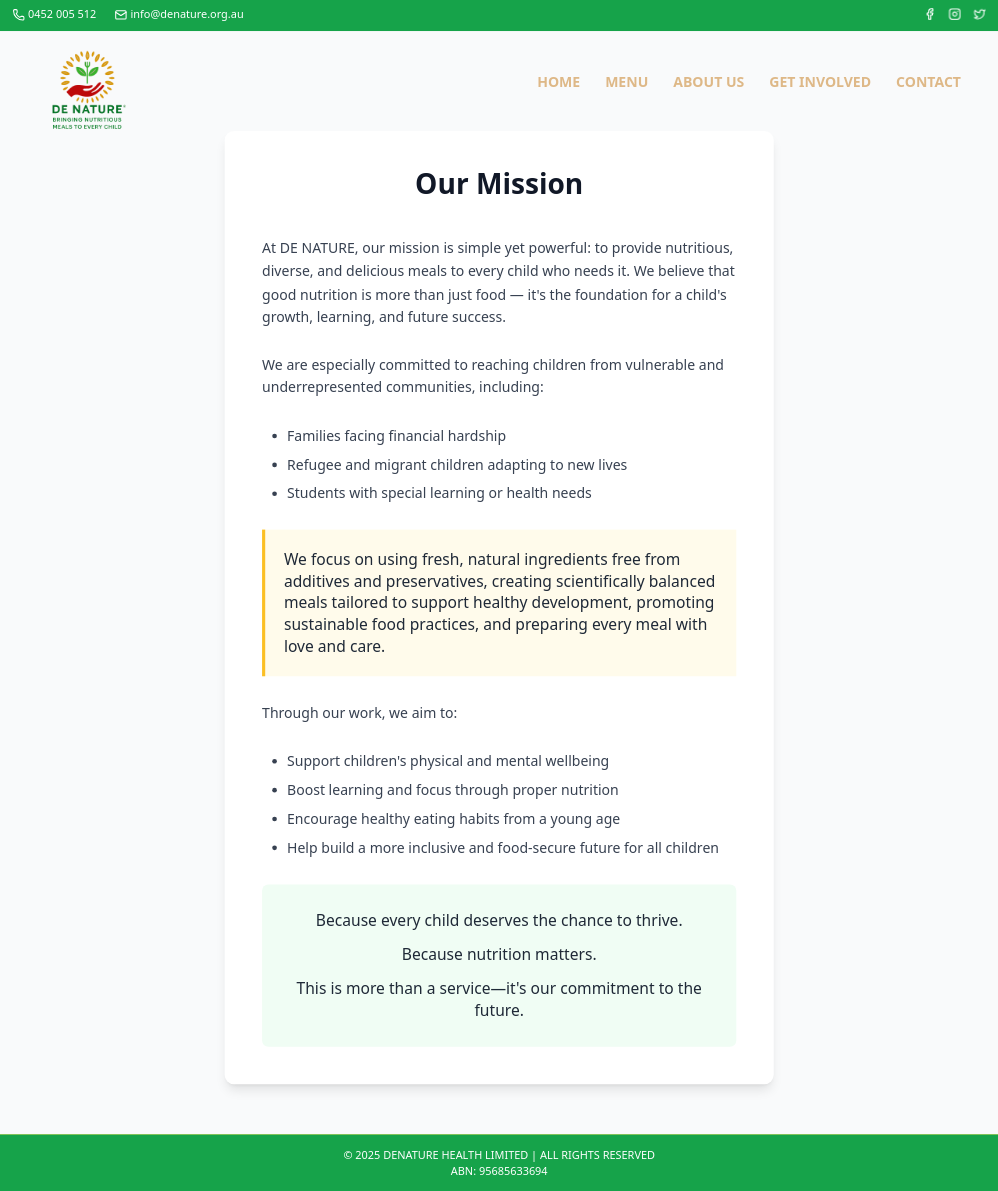
Repository: sunnyyan01/denature-website
Page: /about/our-mission
These files come from the project's save history. The page is drawn as it stood at one moment and after the next save; the edit follows.
The browser window is 1280 px wide. The pictures show the whole page, at 78% of full size.
The project was rebuilt for these pictures with package versions that can differ from the ones it lists, and the page was loaded fresh each time. The framework's server and built-in components were replaced by stand-ins that run in the browser. Also part of the build but not shown: next.config.js.

Above is the page before, as saved 2025-04-21 22:43:47.

After the next save:
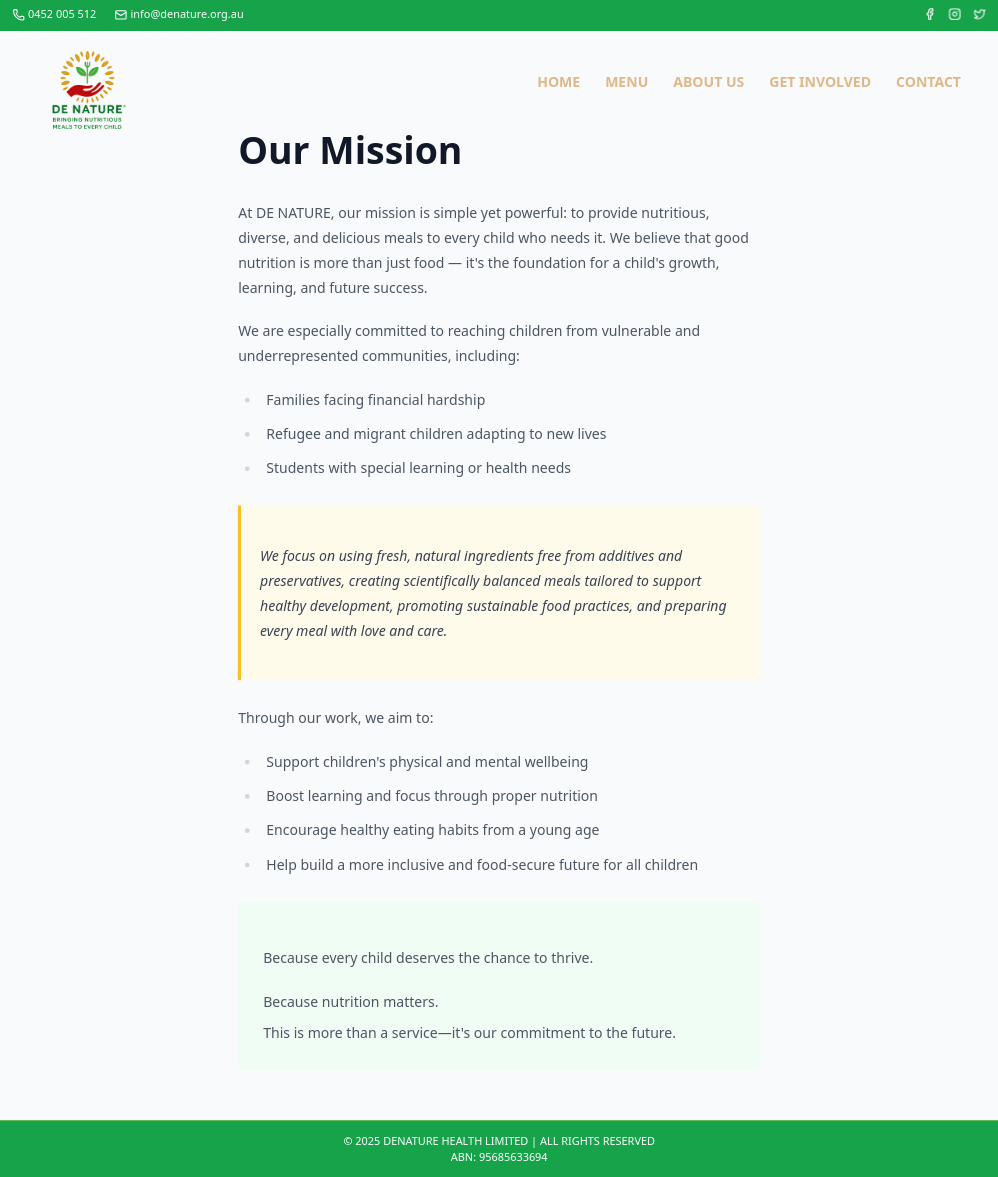
Saved 5 min 11 s later.
--- a/src/app/about/our-mission/page.tsx
+++ b/src/app/about/our-mission/page.tsx
@@ -3,49 +3,47 @@
     <main className="min-h-screen bg-gray-50">
       <div className="pt-32 pb-16">
         <div className="max-w-3xl mx-auto px-4 sm:px-6 lg:px-8">
-          <article className="bg-white rounded-xl shadow-lg p-8 sm:p-12">
-            <h1 className="text-4xl font-bold text-gray-900 mb-12 text-center">
+          <article className="prose lg:prose-lg mx-auto">
+            <h1 className="text-3xl font-bold text-gray-900 mb-8">
               Our Mission
             </h1>
 
-            <div className="space-y-8">
-              <p className="text-lg text-gray-700 leading-relaxed">
-                At DE NATURE, our mission is simple yet powerful: to provide nutritious, diverse, and delicious meals to every child who needs it. We believe that good nutrition is more than just food — it's the foundation for a child's growth, learning, and future success.
+            <p className="text-gray-600 mb-6">
+              At DE NATURE, our mission is simple yet powerful: to provide nutritious, diverse, and delicious meals to every child who needs it. We believe that good nutrition is more than just food — it's the foundation for a child's growth, learning, and future success.
+            </p>
+
+            <p className="text-gray-600 mb-6">
+              We are especially committed to reaching children from vulnerable and underrepresented communities, including:
+            </p>
+
+            <ul className="text-gray-600 list-disc pl-8 mb-6">
+              <li>Families facing financial hardship</li>
+              <li>Refugee and migrant children adapting to new lives</li>
+              <li>Students with special learning or health needs</li>
+            </ul>
+
+            <div className="bg-amber-50 border-l-4 border-amber-400 p-6 my-8">
+              <p className="text-gray-700 italic">
+                We focus on using fresh, natural ingredients free from additives and preservatives, creating scientifically balanced meals tailored to support healthy development, promoting sustainable food practices, and preparing every meal with love and care.
               </p>
+            </div>
 
-              <p className="text-lg text-gray-700 leading-relaxed">
-                We are especially committed to reaching children from vulnerable and underrepresented communities, including:
-              </p>
+            <p className="text-gray-600 mb-6">
+              Through our work, we aim to:
+            </p>
 
-              <ul className="text-lg text-gray-700 leading-relaxed list-disc pl-8 space-y-2">
-                <li>Families facing financial hardship</li>
-                <li>Refugee and migrant children adapting to new lives</li>
-                <li>Students with special learning or health needs</li>
-              </ul>
+            <ul className="text-gray-600 list-disc pl-8 mb-6">
+              <li>Support children's physical and mental wellbeing</li>
+              <li>Boost learning and focus through proper nutrition</li>
+              <li>Encourage healthy eating habits from a young age</li>
+              <li>Help build a more inclusive and food-secure future for all children</li>
+            </ul>
 
-              <div className="bg-amber-50 border-l-4 border-amber-400 p-6 my-12">
-                <p className="text-xl text-gray-800">
-                  We focus on using fresh, natural ingredients free from additives and preservatives, creating scientifically balanced meals tailored to support healthy development, promoting sustainable food practices, and preparing every meal with love and care.
-                </p>
-              </div>
-
-              <p className="text-lg text-gray-700 leading-relaxed">
-                Through our work, we aim to:
-              </p>
-
-              <ul className="text-lg text-gray-700 leading-relaxed list-disc pl-8 space-y-2">
-                <li>Support children's physical and mental wellbeing</li>
-                <li>Boost learning and focus through proper nutrition</li>
-                <li>Encourage healthy eating habits from a young age</li>
-                <li>Help build a more inclusive and food-secure future for all children</li>
-              </ul>
-
-              <div className="bg-green-50 rounded-lg p-8 mt-12">
-                <div className="space-y-4 text-center">
-                  <p className="text-xl text-gray-800 font-medium">Because every child deserves the chance to thrive.</p>
-                  <p className="text-xl text-gray-800 font-medium">Because nutrition matters.</p>
-                  <p className="text-xl text-gray-800 font-medium">This is more than a service—it's our commitment to the future.</p>
-                </div>
+            <div className="bg-green-50 rounded-lg p-8 mt-8">
+              <div className="space-y-2 text-gray-600">
+                <p className="font-medium">Because every child deserves the chance to thrive.</p>
+                <p className="font-medium">Because nutrition matters.</p>
+                <p className="font-medium">This is more than a service—it's our commitment to the future.</p>
               </div>
             </div>
           </article>
